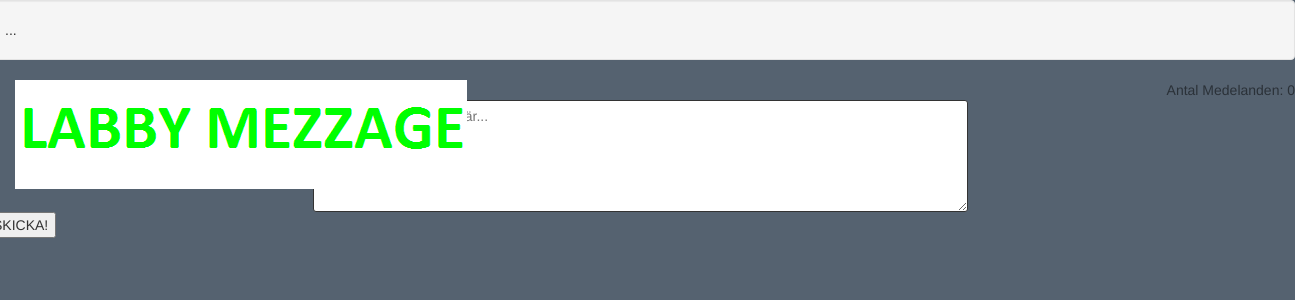
Repository: mc22dg/1dv403-laborationer
Page: 2-labbymezzage/index.html
The author's editor kept a record of every edit. The page is drawn from the files as they stood at one moment, then again after the next edit.
The browser window is 1280 px wide. The page is 1295 px wide, so the pictures cover 1295 px, including what lies to the right of the window. The pictures show the whole page.

Above is the page before.
Console error (its wording comes from the project's code and is left out).

### 2-labbymezzage/index.html
<!DOCTYPE html>
<html lang="sv">
<head>
    <meta charset="UTF-8" />
        <title>Labby mezzage</title>
            <link rel="stylesheet" href="https://maxcdn.bootstrapcdn.com/bootstrap/3.3.1/css/bootstrap.min.css">
            <link rel="stylesheet" href="style.css"/>

</head>

<body>

    <div class="row">


    <div id="logo">
            <img src="logo.png" alt="">
    </div>

    <div id="message">

    </div>
    <div class="well">...</div>

    <div>
        <form>
            <p id="numberOfMess">Antal Medelanden: 0</p>
                <textarea id="textarea" rows="5" cols="50" placeholder="Skriv ditt meddelande här..."></textarea>
            <input id="buttom" type="submit" value="SKICKA!" />
        </form>
    </div>

    <script src="https://maxcdn.bootstrapcdn.com/bootstrap/3.3.1/js/bootstrap.min.js"></script>
     <script src="message.js"></script>
    <script src="messageEngine.js"></script>
</body>

</html>

### 2-labbymezzage/style.css
body {
width: 100%;
height: 100%;
margin-right: 50px;
padding: 0px;
background-color: #556270
}

#logo {
padding: 30px;
position: absolute;
top: 50px;
}

#window {
width: 458px;
padding: 5px;
margin: auto;
margin-top: 200px;
background-color: white;
}

#bottom {
overflow: auto;
}

#numberOfMess {
margin: 0;
float: right;
font-size: 14px;
color: rgba(0, 0, 0, .5);
}

#textarea {
width: 50%;
padding: 5px;
display: block;
border-radius: 3px;
border: 1px solid;
margin: 0 auto;
min-height: 100px;
clear: right;
}

#button {
/*vertical-align: top;*/

height: 35px;
width: 50%;
background-color: #0ffa4d;
border: 1px solid #18ab29;
display: inline-block;
cursor: pointer;
color: #ffffff;
font-family: arial;
font-size: 20px;
text-decoration: none;
text-shadow: 1px 1px 3px #2f6627;
}

#button:hover {
background-color: #78fa98;
}

### 2-labbymezzage/message.js
"use strict";

window.onload = function(){

    function message(message, date){

    	this.getText = function(){ //Hämtar meddelandetexten
                return message;
        }
        this.setText = function(_text){ //Sätter meddelandetexten
                message = _text;
        }
        this.getDate = function(){ //Hämtar datumet
                 return date;
        }
        this.setDate = function(_date){ //Sätter datumet
                   date = _date;
        }

}

Message.prototype.toString = function(){ //En strängpresentation av objektet
        return this.getText()+" ("+this.getDate()+")";
        }


Message.prototype.getHTMLText = function() { //Hämtar texten med \n utbytt mot <br>
return this.getText().replace(/ \n /g, "<br />");
        }

Message.prototype.getDateText = function(){
        }
























}

### 2-labbymezzage/messageEngine.js
"use strict"

var MessageBoard = {

        messages: [], //En array för alla meddelanden.


}

After the next edit:
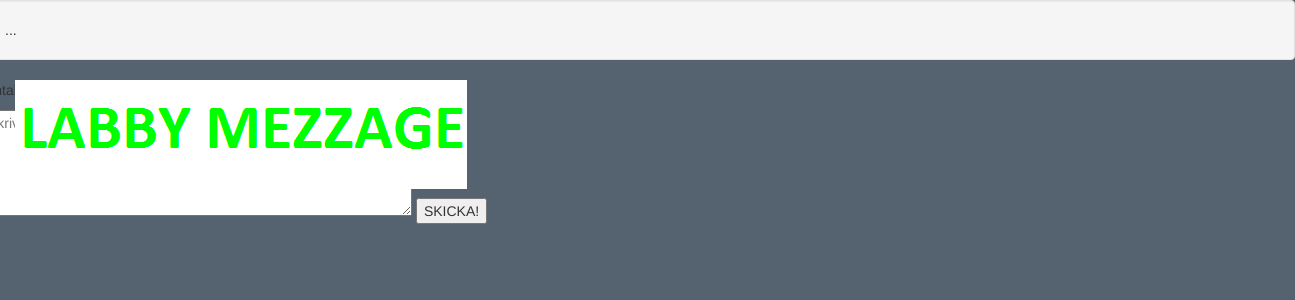
The edit:
--- a/2-labbymezzage/style.css
+++ b/2-labbymezzage/style.css
@@ -12,35 +12,13 @@
 top: 50px;
 }
 
-#window {
-width: 458px;
-padding: 5px;
-margin: auto;
-margin-top: 200px;
-background-color: white;
-}
 
-#bottom {
-overflow: auto;
-}
 
-#numberOfMess {
-margin: 0;
-float: right;
-font-size: 14px;
-color: rgba(0, 0, 0, .5);
-}
 
-#textarea {
-width: 50%;
-padding: 5px;
-display: block;
-border-radius: 3px;
-border: 1px solid;
-margin: 0 auto;
-min-height: 100px;
-clear: right;
-}
+
+
+
+
 
 #button {
 /*vertical-align: top;*/
